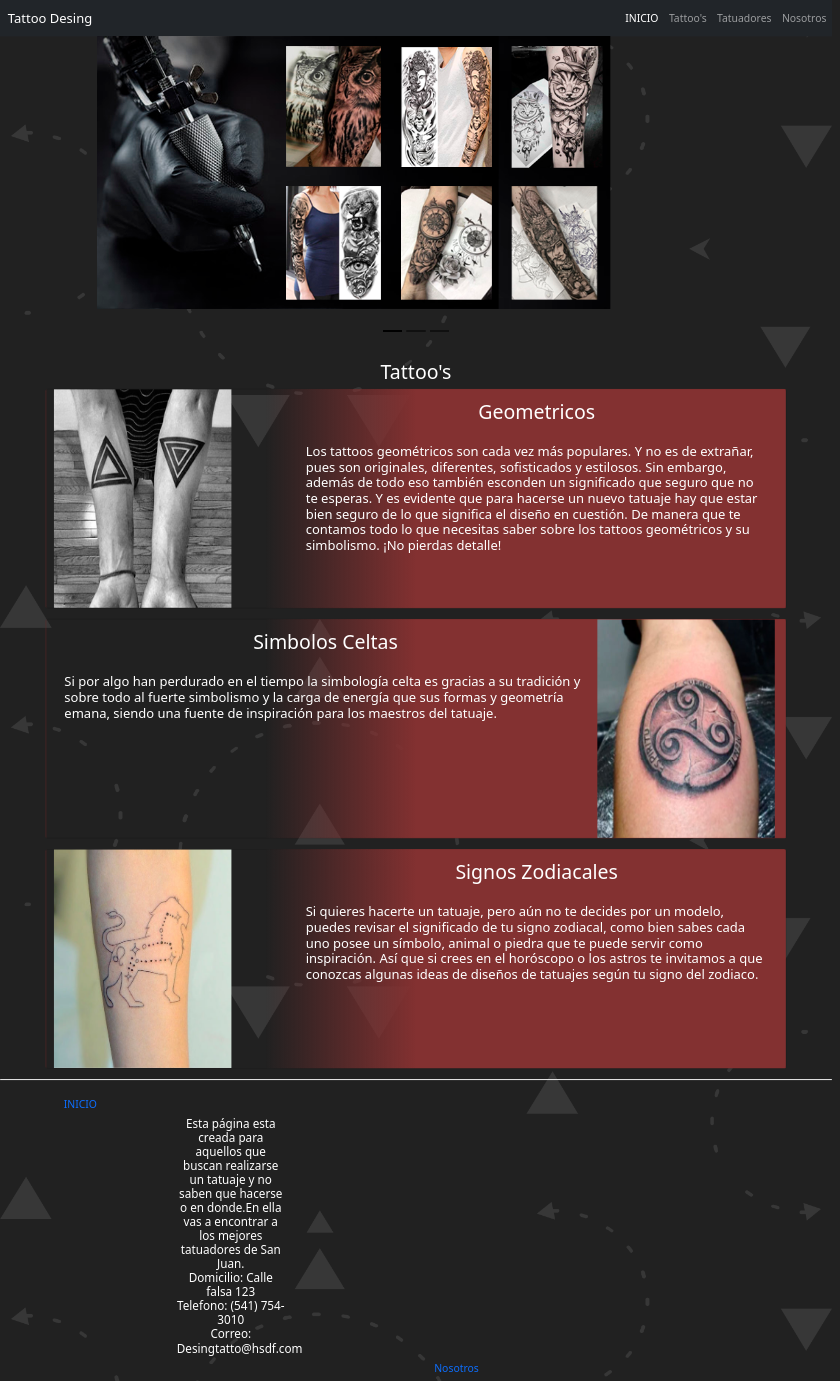
Repository: Vladimir-22/TatooDesign
Page: index.html
The author's editor kept a copy of each file at every save. The page is drawn from the files as they stood at one save, then again after the next save.
The browser window is 1280 px wide. The page is 1280 px wide, then 1292 px, so the pictures cover 1292 px, including what lies to the right of the window. The pictures show the whole page, at 65% of full size.
Some web libraries are served in a nearby version.

Above is the page before, as saved 2021-05-19 22:07:31.

### index.html
<!DOCTYPE html>
<html lang="es">
  <head>
    <meta charset="UTF-8" />
    <meta http-equiv="X-UA-Compatible" content="IE=edge" />
    <meta name="viewport" content="width=device-width, initial-scale=1.0" />
    <link
      href="https://cdn.jsdelivr.net/npm/bootstrap@5.0.0-beta3/dist/css/bootstrap.min.css"
      rel="stylesheet"
      integrity="sha384-eOJMYsd53ii+scO/bJGFsiCZc+5NDVN2yr8+0RDqr0Ql0h+rP48ckxlpbzKgwra6"
      crossorigin="anonymous"
    />
    <script
      src="https://cdn.jsdelivr.net/npm/bootstrap@5.0.0-beta3/dist/js/bootstrap.bundle.min.js"
      integrity="sha384-JEW9xMcG8R+pH31jmWH6WWP0WintQrMb4s7ZOdauHnUtxwoG2vI5DkLtS3qm9Ekf"
      crossorigin="anonymous"
    ></script>
    <script
      src="https://cdn.jsdelivr.net/npm/bootstrap@5.0.0-beta3/dist/js/bootstrap.bundle.min.js"
      integrity="sha384-JEW9xMcG8R+pH31jmWH6WWP0WintQrMb4s7ZOdauHnUtxwoG2vI5DkLtS3qm9Ekf"
      crossorigin="anonymous"
    ></script>
    <script
      src="https://cdn.jsdelivr.net/npm/@popperjs/core@2.9.1/dist/umd/popper.min.js"
      integrity="sha384-SR1sx49pcuLnqZUnnPwx6FCym0wLsk5JZuNx2bPPENzswTNFaQU1RDvt3wT4gWFG"
      crossorigin="anonymous"
    ></script>
    <script
      src="https://cdn.jsdelivr.net/npm/bootstrap@5.0.0-beta3/dist/js/bootstrap.min.js"
      integrity="sha384-j0CNLUeiqtyaRmlzUHCPZ+Gy5fQu0dQ6eZ/xAww941Ai1SxSY+0EQqNXNE6DZiVc"
      crossorigin="anonymous"
    ></script>
    <link
      rel="stylesheet"
      href="https://use.fontawesome.com/releases/v5.8.1/css/all.css"
      integrity="sha384-50oBUHEmvpQ+1lW4y57PTFmhCaXp0ML5d60M1M7uH2+nqUivzIebhndOJK28anvf"
      crossorigin="anonymous"
    />
    <link rel="stylesheet" href="css/styles.css" />
    <title>Tattoo Desing</title>
  </head>

  <body>
    <nav class="navbar navbar-expand-lg navbar-dark bg-dark">
      <div class="container-fluid">
        <!-- <i class="fas fa-bars"></i> -->

        <div class="col-md-9">
          <a class="navbar-brand" href="#">Tattoo Desing</a>

          <button
            class="navbar-toggler"
            type="button"
            data-bs-toggle="collapse"
            data-bs-target="#navbarNav"
            aria-controls="navbarNav"
            aria-expanded="false"
            aria-label="Toggle navigation"
          >
            <span class="navbar-toggler-icon"></span>
          </button>
        </div>

        <div class="col-md-3 collapse navbar-collapse" id="navbarNav">
          <ul class="navbar-nav">
            <li class="nav-item">
              <a class="nav-link active" aria-current="page" href="#">INICIO</a>
            </li>
            <li class="nav-item">
              <a class="nav-link" href="tattoo's.html">Tattoo's</a>
            </li>
            <li class="nav-item">
              <a class="nav-link" href="tatuadores.html">Tatuadores</a>
            </li>
            <li class="nav-item">
              <a
                class="nav-link"
                href="nosotros.html"
                tabindex="-1"
                aria-disabled="true"
                >Nosotros</a
              >
            </li>
          </ul>
        </div>
      </div>
    </nav>

    <div class="container">
      <div class="row" id="carrusel">
        <div
          id="carouselExampleDark"
          class="carousel carousel-dark slide"
          data-bs-ride="carousel"
        >
          <div class="carousel-indicators">
            <button
              type="button"
              data-bs-target="#carouselExampleDark"
              data-bs-slide-to="0"
              class="active"
              aria-current="true"
              aria-label="Slide 1"
            ></button>
            <button
              type="button"
              data-bs-target="#carouselExampleDark"
              data-bs-slide-to="1"
              aria-label="Slide 2"
            ></button>
            <button
              type="button"
              data-bs-target="#carouselExampleDark"
              data-bs-slide-to="2"
              aria-label="Slide 3"
            ></button>
          </div>

          <div class="carousel-inner">
            <div class="carousel-item active" data-bs-interval="10000">
              <img
                id="imgCarrusel"
                src="./Agos/Carrusel/trae-tu-diseño.png"
                class="d-block w-20"
                alt="..."
              />
              <!-- <div class="carousel-caption d-none d-md-block">
                            <h5>First slide label</h5>
                            <p>Some representative placeholder content for the first slide.</p>
                        </div> -->
            </div>
            <div class="carousel-item" data-bs-interval="4000">
              <img
                id="imgCarrusel"
                src="./Agos/Carrusel/Tendencias.png"
                class="d-block w-20"
                alt="..."
              />
              <!-- <div class="carousel-caption d-none d-md-block">
                            <h5>Second slide label</h5>
                            <p>Some representative placeholder content for the second slide.</p>
                        </div> -->
            </div>
            <div class="carousel-item" data-bs-interval="2000">
              <img
                id="imgCarrusel"
                src="./Agos/Carrusel/Tatuadores-banner.png"
                class="d-block w-20"
                alt="..."
              />
              <!-- <div class="carousel-caption d-none d-md-block">
                            <h5>Third slide label</h5>
                            <p>Some representative placeholder content for the third slide.</p>
                        </div> -->
            </div>
          </div>

          <!-- <button class="carousel-control-prev" type="button" data-bs-target="#carouselExampleDark" data-bs-slide="prev">
                  <span class="carousel-control-prev-icon" aria-hidden="true"></span>
                  <span class="visually-hidden">Previous</span>
                </button>
                <button class="carousel-control-next" type="button" data-bs-target="#carouselExampleDark" data-bs-slide="next">
                  <span class="carousel-control-next-icon" aria-hidden="true"></span>
                  <span class="visually-hidden">Next</span>
                </button> -->
        </div>
      </div>

      <div class="row section2 text-center">
        <h1>Tattoo's</h1>
      </div>

      <div class="row">
        <!-- <div class="card mb-3">
                <img src="./Pedro/Categorías - Signos Zodiacales/Simbolos Celtas.PNG" class="card-img-top" alt="...">
                <div class="card-body">
                    <h5 class="card-title">Card title</h5>
                    <p class="card-text">This is a wider card with supporting text below as a natural lead-in to additional content. This content is a little bit longer.</p>
                    <p class="card-text"><small class="text-muted">Last updated 3 mins ago</small></p>
                </div>
            </div> -->

        <div id="Geometricos" class="card mb-3" style="max-width: auto">
          <div class="row g-0">
            <div class="col-md-4">
              <img
                id="imagen"
                src="./Pedro/Categorías - descripcion inicio/Tatuajes Geometricos.jpg"
                alt="..."
              />
            </div>
            <div class="col-md-8">
              <div class="card-body">
                <h1 class="card-title">Geometricos</h1>
                <br />
                <h5 id="descrip-gral" class="card-text">
                  Los tattoos geométricos son cada vez más populares. Y no es de
                  extrañar, pues son originales, diferentes, sofisticados y
                  estilosos. Sin embargo, además de todo eso también esconden un
                  significado que seguro que no te esperas. Y es evidente que
                  para hacerse un nuevo tatuaje hay que estar bien seguro de lo
                  que significa el diseño en cuestión. De manera que te contamos
                  todo lo que necesitas saber sobre los tattoos geométricos y su
                  simbolismo. ¡No pierdas detalle!
                </h5>
                <!-- <p class="card-text"><small class="text-muted">Última actualización 3 minutos</small></p> -->
              </div>
            </div>
          </div>
        </div>

        <div id="Celtas" class="card mb-3" style="max-width: auto">
          <div class="row g-0">
            <div class="col-md-9">
              <div class="card-body">
                <h1 class="card-title">Simbolos Celtas</h1>
                <br />
                <h5 id="descrip-gral" class="card-text">
                  Si por algo han perdurado en el tiempo la simbología celta es
                  gracias a su tradición y sobre todo al fuerte simbolismo y la
                  carga de energía que sus formas y geometría emana, siendo una
                  fuente de inspiración para los maestros del tatuaje.
                </h5>
                <!-- <p class="card-text"><small class="text-muted">Última actualización 3 minutos</small></p> -->
              </div>
            </div>
            <div class="col-md-3">
              <img
                id="imagen"
                src="./Pedro/Categorías - descripcion inicio/Simbolos Celtas.jpg"
                alt="..."
              />
            </div>
          </div>
        </div>

        <div id="Zodiacales" class="card mb-3" style="max-width: auto">
          <div class="row g-0">
            <div class="col-md-4">
              <img
                id="imagen"
                src="./Pedro/Categorías - descripcion inicio/Signos Zodiacales.jpg"
                alt="..."
              />
            </div>
            <div class="col-md-8">
              <div class="card-body">
                <h1 class="card-title">Signos Zodiacales</h1>
                <br />
                <h5 id="descrip-gral" class="card-text">
                  Si quieres hacerte un tatuaje, pero aún no te decides por un
                  modelo, puedes revisar el significado de tu signo zodiacal,
                  como bien sabes cada uno posee un símbolo, animal o piedra que
                  te puede servir como inspiración. Así que si crees en el
                  horóscopo o los astros te invitamos a que conozcas algunas
                  ideas de diseños de tatuajes según tu signo del zodiaco.
                </h5>
                <!-- <p class="card-text"><small class="text-muted">Última actualización 3 minutos</small></p> -->
              </div>
            </div>
          </div>
        </div>
      </div>
    </div>
  </body>
  <footer>
    <div class="footer" id="footer">
      <div id="footer" class="card mb-3" style="auto"></div>
        <div class="container">
            <div class="row">
                <div class="col-md-3">
                    <div class="col align-self-start">
                        <a class="nav-link active" aria-current="page" href="#">INICIO</a>
                    </div>
                </div>
                <div class="col-md-3"></div>
                <div class="col-md-3"></div>
            </div>
            <div class="row">
                <div class="col-md-2"></div>
                <div class="col-md-2">
                    <h3 id="descrip-gral" class="card-text">
                        Esta página esta creada para aquellos que buscan realizarse un
                        tatuaje y no saben que hacerse o en donde.En ella vas a
                        encontrar a los mejores tatuadores de San Juan.<br />
                        Domicilio: Calle falsa 123<br />
                        Telefono: (541) 754-3010<br />
                        Correo: Desingtatto@hsdf.com<br />
                    </h3>
                </div>
            </div>
            <div class="row">
                <div class="col-md-3"></div>
                <div class="col-md-3"></div>
                <div class="col-md-3">
                    <a class="nav-link" href="nosotros.html" tabindex="-1" aria-disabled="true" >Nosotros</a>
                </div>
            </div>
      </div>
    </div>
  </footer>
</html>

### css/styles.css
body {
    margin: 0 !important;
    padding: 0;
    position: relative;
    /*width: 1440px;
    height: 1024px;*/
    background: #212121;
    background-image: url(../Daniela/Background.png);
    background-position: center;
    background-size: contain;
    /* font-family: NanumGothic; */
}

.section2 {
    margin-top: 7%;
    color: white;
}

.section3 {
    margin-top: 3%;
    color: white;
}

h1 {
    font-size: 30px;
}

h2 {
    font-size: 21px;
}

h3 {
    font-size: 18px;
}

h1,
h2,
h3 {
    color: white;
    text-align: center;
}


/*.card img {
    width: 30%;
    height: 30%;
    align-content: center;
} */

nav {
    position: absolute;
    left: 0% !important;
    right: 0% !important;
    top: 0% !important;
    bottom: 0% !important;
    background: #000000 !important;
}

.carousel-indicators {
    left: 0% !important;
    right: 0% !important;
    top: 105% !important;
    bottom: 0% !important;
    margin-top: 0% !important;
}

.carousel-inner {
    left: 6% !important;
    right: 0% !important;
    top: 0% !important;
}



#Geometricos,
#Celtas,
#Zodiacales{
    background: linear-gradient(270deg, #833131 50%, rgba(131, 49, 49, 0) 70.34%);
    border-radius: 4px;
}

#nosotros
{
    background: none;
}

#descrip-gral {
    color: white;
}

#imagen {
    width: 273px;
    height: 336px;
}

#Celtas #imagen {
    right: 100% !important;
    top: 660px;
}

After the next save:
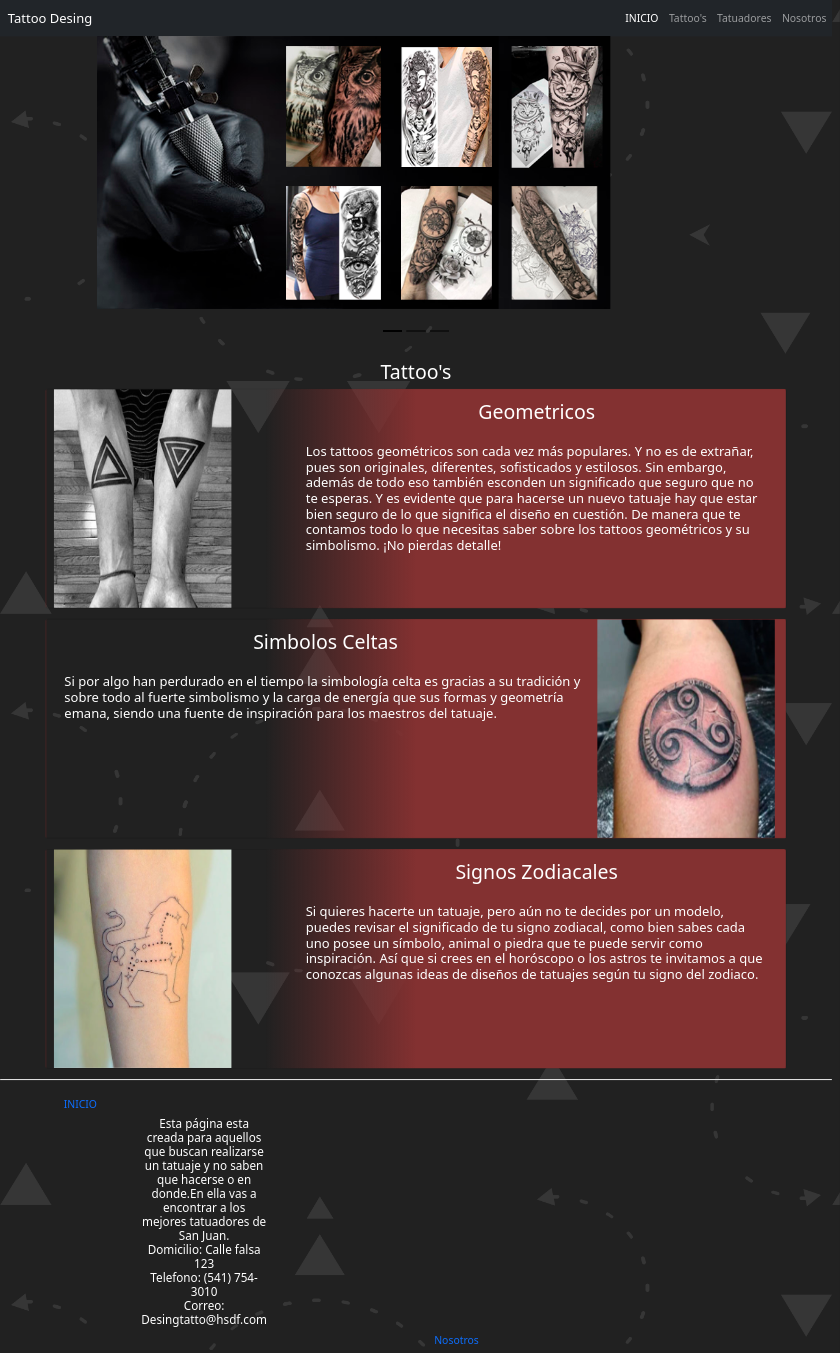
Saved 63 s later.
--- a/index.html
+++ b/index.html
@@ -269,7 +269,6 @@
         <div class="container">
             <div class="row">
                 <div class="col-md-3">
-                    <div class="col align-self-start">
                         <a class="nav-link active" aria-current="page" href="#">INICIO</a>
                     </div>
                 </div>
